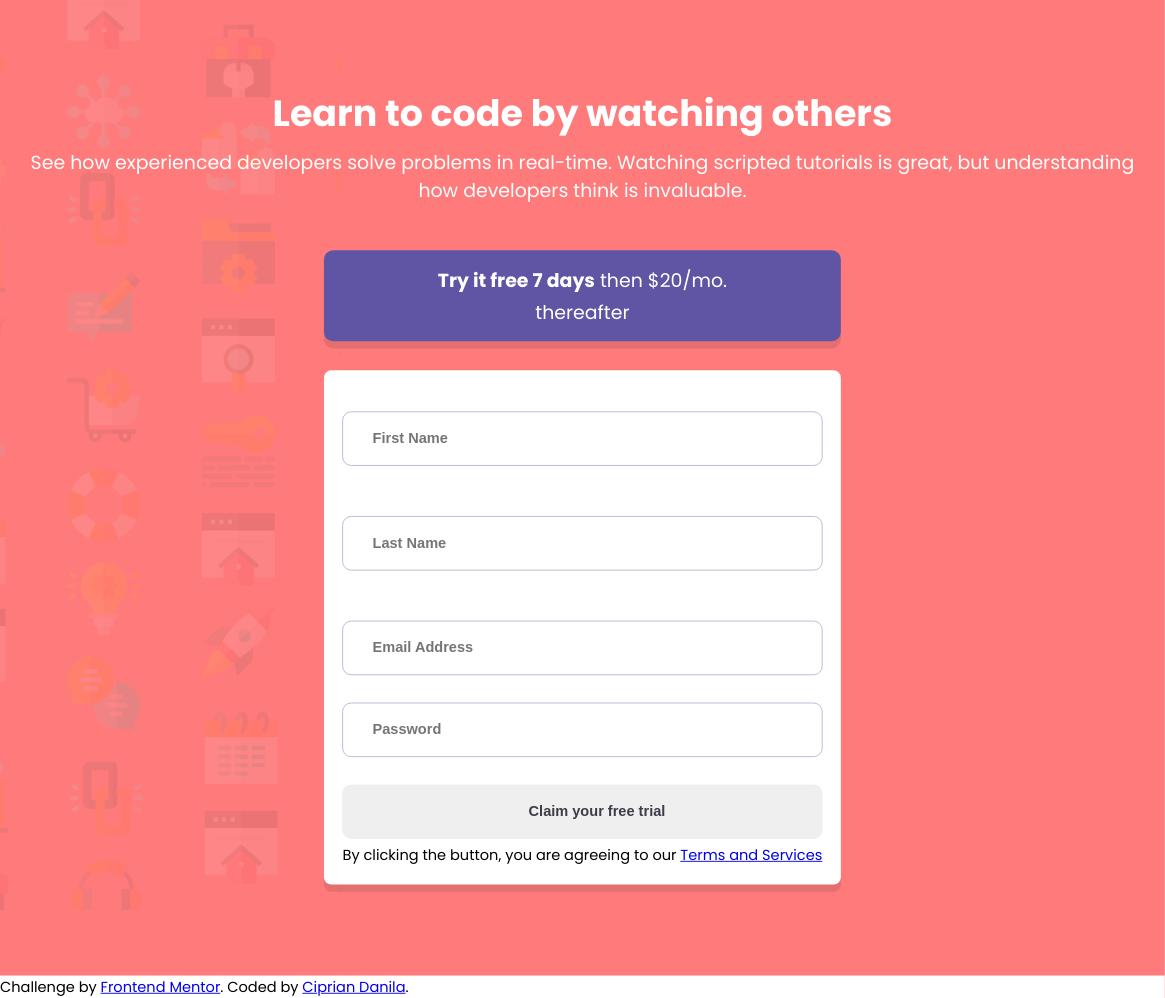
Repository: cipdanila/intro-component-with-sign-up-form
Page: index.html
An editor plug-in stored every save of this project. The page is shown before and after the next save, followed by the edit.
The browser window is 1280 px wide. The pictures show the whole page, at 91% of full size.

Above is the page before, as saved 2024-02-14 20:39:56.

After the next save:
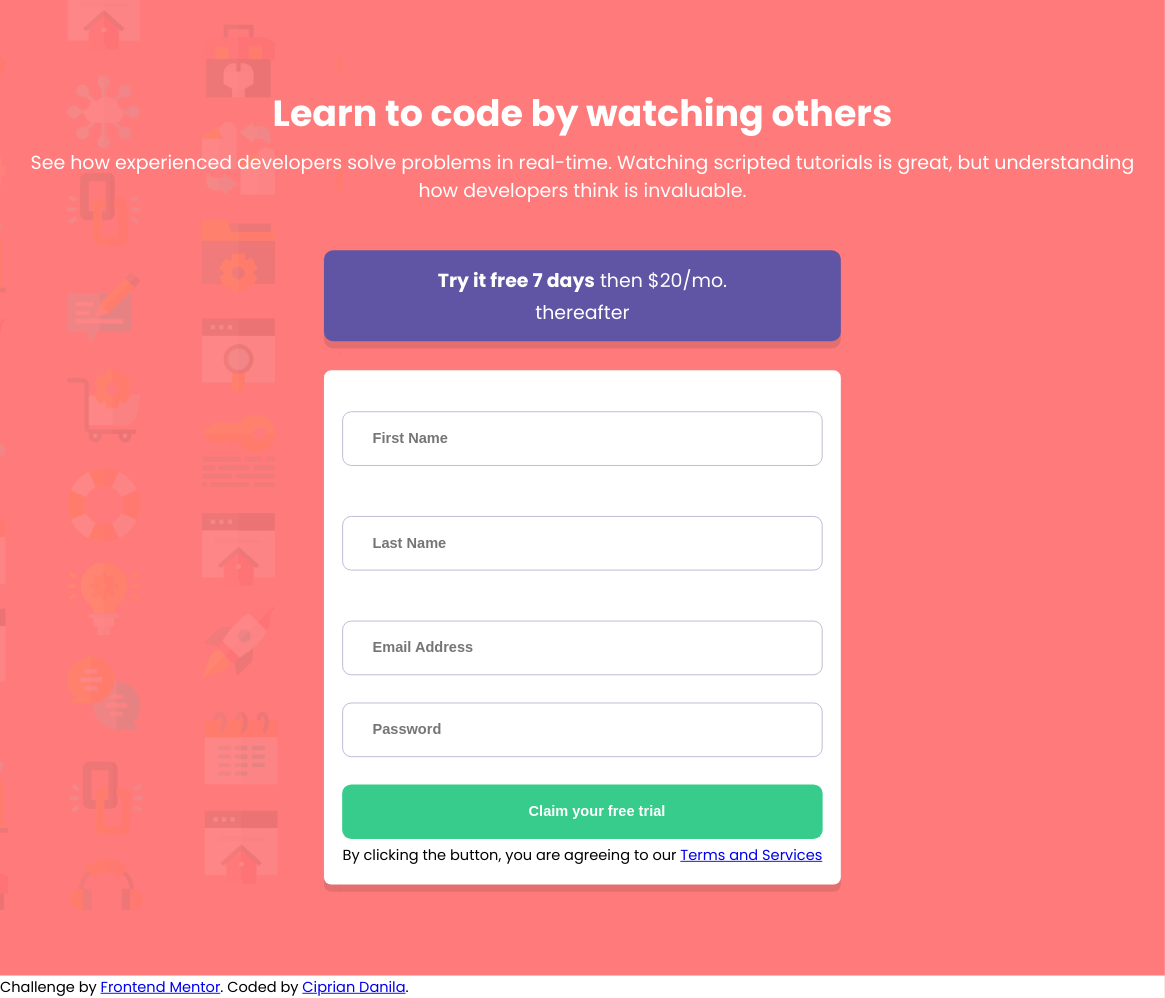
Saved 26 s later.
--- a/css/styles.css
+++ b/css/styles.css
@@ -132,36 +132,14 @@
 
 .form-container button[type=submit] {
     border: none;
-}
-
-/*
-
-
-.register-form {
-    display: flex;
-    flex-direction: column;
-    align-items: center;
-    justify-content: center;
-}
-
-.register-form div {
-    display: flex;
-    flex-direction: column;
-    justify-content: center;
-    align-items: center;
-}
-
-.register-form input {
-    width: calc(100% - 1.125rem);
-    padding: 1rem;
-    margin-bottom: 1.200rem;
-    border-radius: 0.313rem;
-}
-
-.register-form button {
     background-color: var(--green);
     color: var(--white);
     cursor: pointer;
+}
+
+/*
+
+.register-form button {
     padding: 1rem;
     margin-bottom: 1.200rem;
     border-radius: 0.313rem;
